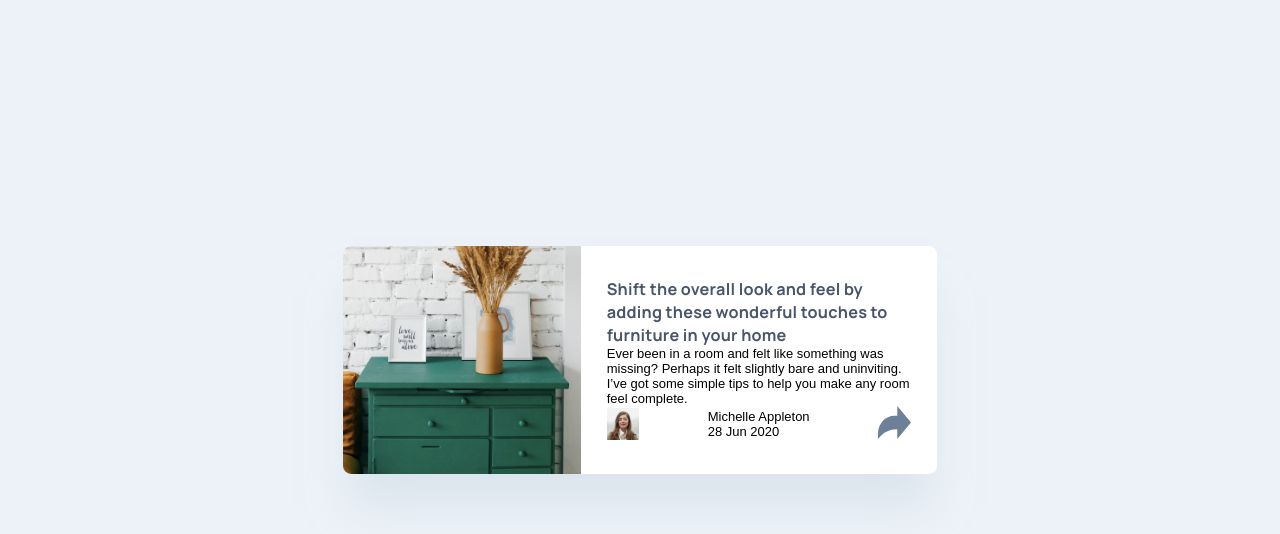
Repository: brandontaylor1/article-preview-component
Page: index.html
The author's editor kept a copy of each file at every save. The page is drawn from the files as they stood at one save, then again after the next save.
The browser window is 1280 px wide. The pictures show the whole page.

Above is the page before, as saved 2025-01-13 22:00:47.

After the next save:
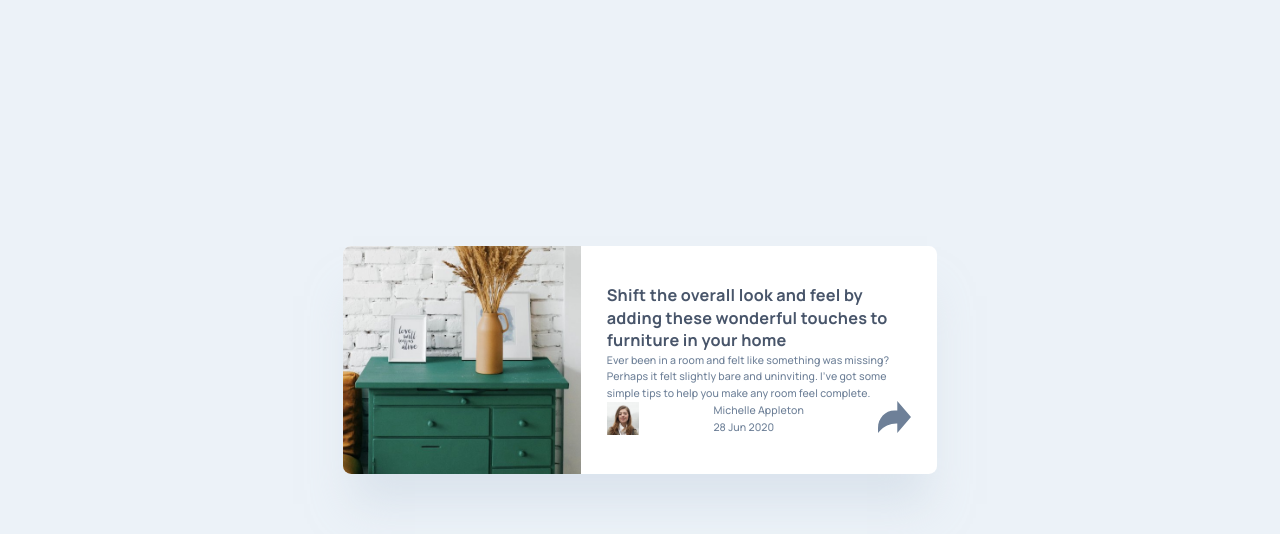
Saved 57 s later.
--- a/styles.css
+++ b/styles.css
@@ -76,6 +76,16 @@ body {
     width: 100%;
 }
 
+.component-content p {
+    color: #6E8098;
+font-family: Manrope;
+font-size: 0.8125rem;
+font-style: normal;
+font-weight: 500;
+line-height: 1.25rem; /* 153.846% */
+letter-spacing: 0.00763rem;
+}
+
 .social-box {
     display: flex;
     justify-content: space-between;
